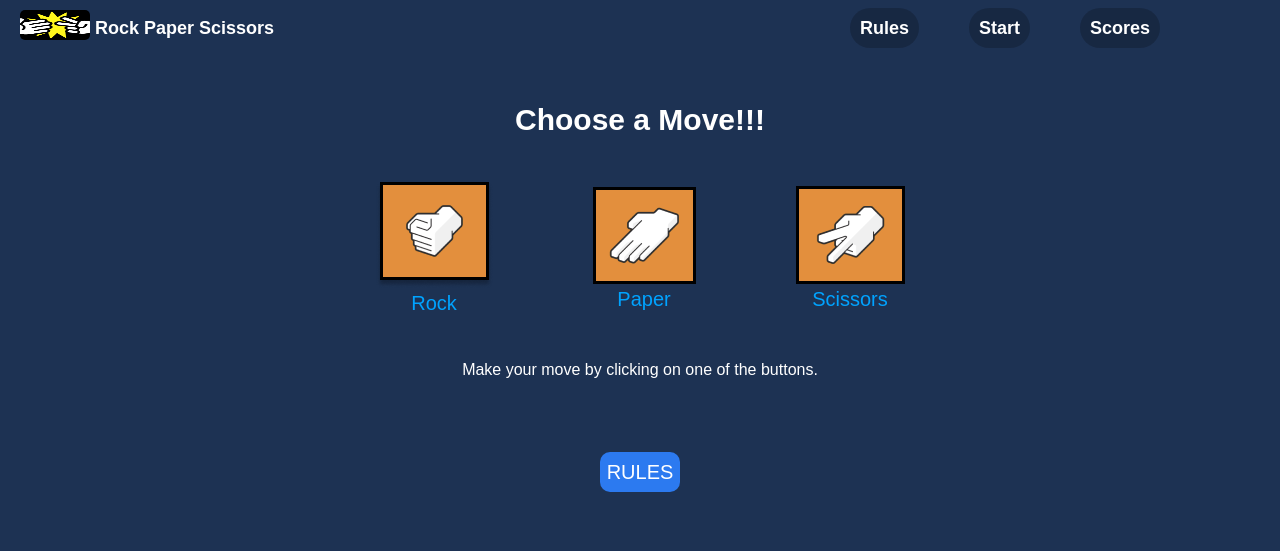
Repository: MikkyPrestige/rock-paper-scissors
Page: game.html
An editor plug-in stored every save of this project. The page is shown before and after the next save, followed by the edit.
The browser window is 1280 px wide. The pictures show the whole page.

Above is the page before, as saved 2023-05-13 02:40:40.

### game.html
<!DOCTYPE html>
<html lang="en">

<head>
  <meta charset="UTF-8">
  <meta http-equiv="X-UA-Compatible" content="IE=edge">
  <meta name="viewport" content="width=device-width, initial-scale=1.0">
  <title>Rock, Paper, Scissors</title>
  <link rel="stylesheet" href="./index.css">
</head>

<body>
  <main>
    <header>
      <figure class="headerLogo">
        <a href="/">
          <img src="./img/logo.png" alt="Logo" class="logo">
        </a>
        <figcaption class="logoCaption">Rock Paper Scissors</figcaption>
      </figure>
      <nav>
        <ul>
          <li><a href="#rule">Rules</a></li>
          <li><a href="./game.html">Start</a></li>
          <li><a href="#">Scores</a></li>
        </ul>
      </nav>
    </header>
    <section class="game">
      <h1 class="game--title">Choose a Move!!!</h1>
      <figure class="game--images">
        <div class="game--img">
          <img src="./img/rock.png" alt="Rock image" id="rock">
          <figcaption class="game--caption">Rock</figcaption>
        </div>
        <div class="game--img">
          <img src="./img/paper.png" alt="paper image" id="paper">
          <figcaption class="game--caption">Paper</figcaption>
        </div>
        <div class="game--img">
          <img src="./img/scissors.png" alt="scissors image" id="scissors">
          <figcaption class="game--caption">Scissors</figcaption>
        </div>
      </figure>
      <div id="result"></div>
      <div class="game--results">
        <p>Make your move by clicking on one of the buttons.</p>
      </div>
      <button class="rule--btn">
        <a href="./index.html#rule">Rules</a>
      </button>
    </section>
  </main>
</body>

</html>

### index.css
*,
*::after,
*::before {
  box-sizing: border-box;
  margin: 0;
  padding: 0;
}

html {
  font-size: 62.5%;
}

body {
  font-family: "Fira Sans", sans-serif;
  font-size: 1.6rem;
  line-height: 1.5;
  background: rgba(29, 50, 83, 1);
  color: rgba(255, 255, 255, 1);
  width: 100%;
  height: 100%;
}

main {
  display: flex;
  flex-direction: column;
  justify-content: center;
  align-items: center;
  gap: 2rem;
  height: 100%;
  width: 100%;
}

header {
  display: flex;
  justify-content: space-between;
  align-items: center;
  padding: 1rem 2rem;
  width: 100%;
  height: auto;
}

.headerLogo {
  display: flex;
  align-items: center;
  gap: .5rem;
  height: auto;
}

.logo {
  width: 7rem;
  height: 3rem;
  border-radius: .5rem;
  -webkit-border-radius: .5rem;
  -moz-border-radius: .5rem;
  -ms-border-radius: .5rem;
  -o-border-radius: .5rem;
}

.logoCaption {
  font-size: 1.8rem;
  font-weight: 600;
  color: rgba(255, 255, 255, 1);
}

nav {
  height: auto;
  margin-right: 10rem;
}

ul {
  display: flex;
  justify-content: center;
  align-items: center;
  gap: 5rem;
  list-style: none;
}

li a {
  font-size: 1.8rem;
  font-weight: 600;
  color: rgba(255, 255, 255, 1);
  background: linear-gradient(0deg, rgba(0, 0, 0, 0.2), rgba(0, 0, 0, 0.2)), #1D3253;
  text-decoration: none;
  padding: 1rem;
  border-radius: 2rem;
}

li a:hover {
  background: rgba(255, 255, 255, 1);
  color: rgba(29, 50, 83, 1);
  text-decoration: underline;
}

.home {
  display: flex;
  justify-content: center;
  align-items: center;
  width: 100%;
  height: 70vh;
}

.images {
  position: relative;
  height: 100%;
  flex-basis: 30%;
}

.img {
  background: rgba(253, 253, 253, 0.9);
  border-radius: 50%;
  -webkit-border-radius: 50%;
  -moz-border-radius: 50%;
  -ms-border-radius: 50%;
  -o-border-radius: 50%;
  width: 15rem;
  height: 15rem;
}

.rock {
  position: absolute;
  top: 5rem;
  left: 0rem;
}

.paper {
  position: absolute;
  top: 5rem;
  right: 5rem;
}

.scissors {
  position: absolute;
  bottom: 5rem;
  left: 8rem;
}

.content {
  display: flex;
  flex-direction: column;
  justify-content: center;
  align-items: center;
  gap: 2rem;
}

.content--title {
  font-size: 3.6rem;
  font-weight: 600;
  width: 70%;
  text-transform: uppercase;
}

.content-rock {
  color: rgba(195, 183, 183, 1);
}

.content-scissors {
  color: rgba(233, 35, 35, 1);
}

.content--text {
  font-size: 2.5rem;
  font-weight: 400;
  width: 70%;
}

.fun {
  color: rgba(233, 35, 35, 1);
}

.btn {
  width: 13rem;
  height: 5rem;
  background: #2C7AF0;
  border-radius: 1rem;
  -webkit-border-radius: 1rem;
  -moz-border-radius: 1rem;
  -ms-border-radius: 1rem;
  -o-border-radius: 1rem;
  border: none;
  margin-top: 5rem;
  transition: all .3s ease-in-out;
  -webkit-transition: all .3s ease-in-out;
  -moz-transition: all .3s ease-in-out;
  -ms-transition: all .3s ease-in-out;
  -o-transition: all .3s ease-in-out;
}

.btn a {
  text-decoration: none;
  font-size: 2rem;
  color: rgba(255, 255, 255, 1);
  cursor: pointer;
}

.btn a:hover {
  color: rgba(44, 122, 240, 1);
}

.btn:hover {
  background: rgba(255, 255, 255, .7);
}

.rule {
  width: 100%;
  height: 100%;
  background: #D0CEC9;
}

.rule--container {
  display: flex;
  flex-direction: column;
  justify-content: center;
  align-items: center;
  gap: 1rem;
  margin: 2rem;
}

.rule--title {
  font-size: 3rem;
  font-weight: 600;
  color: #000;
}

.rule--content {
  display: flex;
  justify-content: space-around;
  align-items: center;
}

.rule--img {
  width: 35rem;
  height: 35rem;
}

.rule--para {
  background: #C4C4C4;
  width: 50%;
  text-align: center;
  padding: 2rem 5rem;
  border-radius: 3rem;
  -webkit-border-radius: 3rem;
  -moz-border-radius: 3rem;
  -ms-border-radius: 3rem;
  -o-border-radius: 3rem;
  display: flex;
  flex-direction: column;
  justify-content: center;
  align-items: center;
  gap: 1rem;
}

.rule--text {
  color: rgba(0, 163, 255, 1);
}

.game {
  display: flex;
  flex-direction: column;
  justify-content: center;
  align-items: center;
  gap: 2rem;
  width: 100%;
  height: 100%;
}

.game--title {
  font-size: 3rem;
  font-weight: 600;
  margin: 2rem;
}

.game--images {
  display: flex;
  justify-content: center;
  align-items: center;
  gap: 10rem;
  width: 100%;
}

.game--img {
  display: flex;
  flex-direction: column;
  justify-content: center;
  align-items: center;
  cursor: pointer;
}

.game--caption {
  font-size: 2rem;
  color: rgba(0, 163, 255, 1);
}

.rule--btn {
  width: 8rem;
  height: 4rem;
  background: #2C7AF0;
  border-radius: 1rem;
  -webkit-border-radius: 1rem;
  -moz-border-radius: 1rem;
  -ms-border-radius: 1rem;
  -o-border-radius: 1rem;
  border: none;
  margin-top: 5rem;
  transition: all .3s ease-in-out;
  -webkit-transition: all .3s ease-in-out;
  -moz-transition: all .3s ease-in-out;
  -ms-transition: all .3s ease-in-out;
  -o-transition: all .3s ease-in-out;
}

.rule--btn a {
  text-decoration: none;
  font-size: 2rem;
  color: rgba(255, 255, 255, 1);
  cursor: pointer;
  text-transform: uppercase;
}

.rule--btn a:hover {
  color: rgba(44, 122, 240, 1);
}

.rule--btn:hover {
  background: rgba(255, 255, 255, .7);
}

footer {
  margin: 1rem auto;
}

.footer--text {
  font-family: "Inter";
}

.footer--link {
  color: rgba(44, 122, 240, 1);
  text-decoration: none;
}

After the next save:
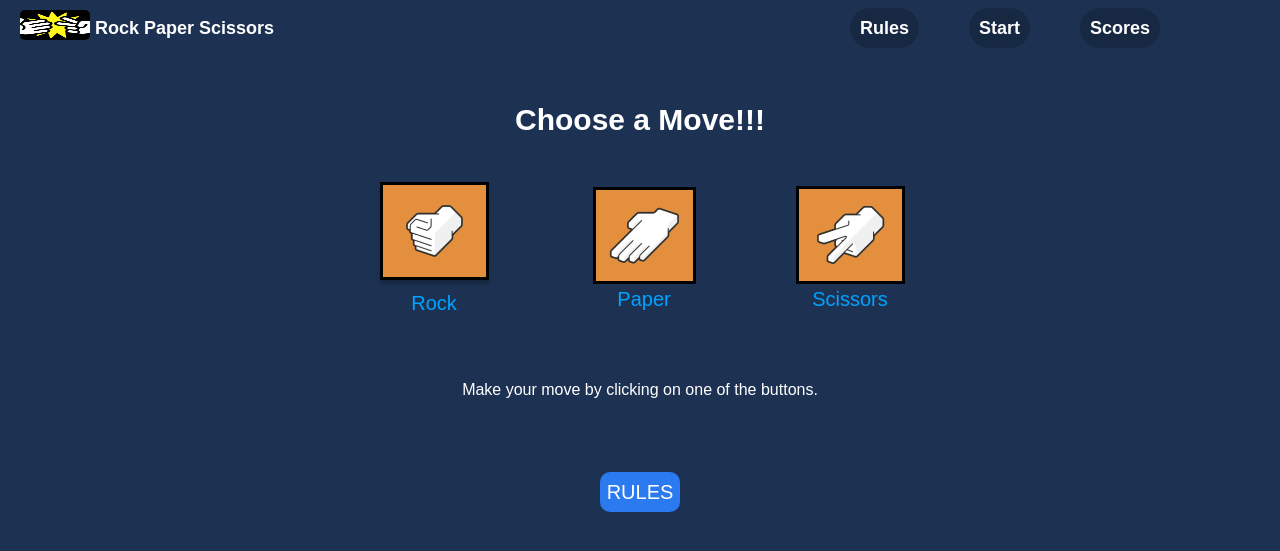
Saved 14 s later.
--- a/game.html
+++ b/game.html
@@ -43,6 +43,7 @@
         </div>
       </figure>
       <div id="result"></div>
+      <div id="final-result"></div>
       <div class="game--results">
         <p>Make your move by clicking on one of the buttons.</p>
       </div>
